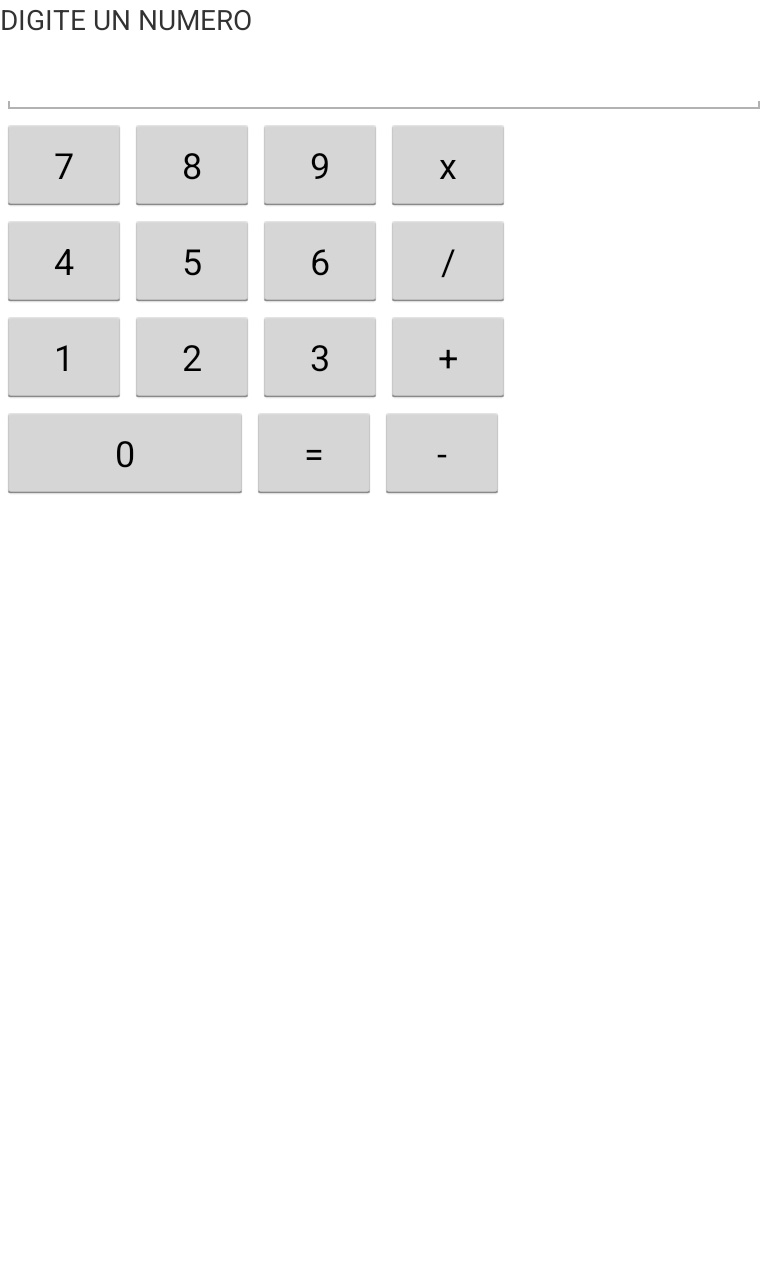
Repository: betini/Javaprojects
Layout: calculadora/res/layout/activity_main.xml
The author's editor kept a copy of each file at every save. The layout is drawn from the files as they stood at one save, then again after the next save.
It is drawn on a 768 x 1280 px phone screen (xhdpi) without system bars, with theme AppTheme; the app's code is not run.

Above is the layout before, as saved 2013-08-23 00:48:12.

After the next save:
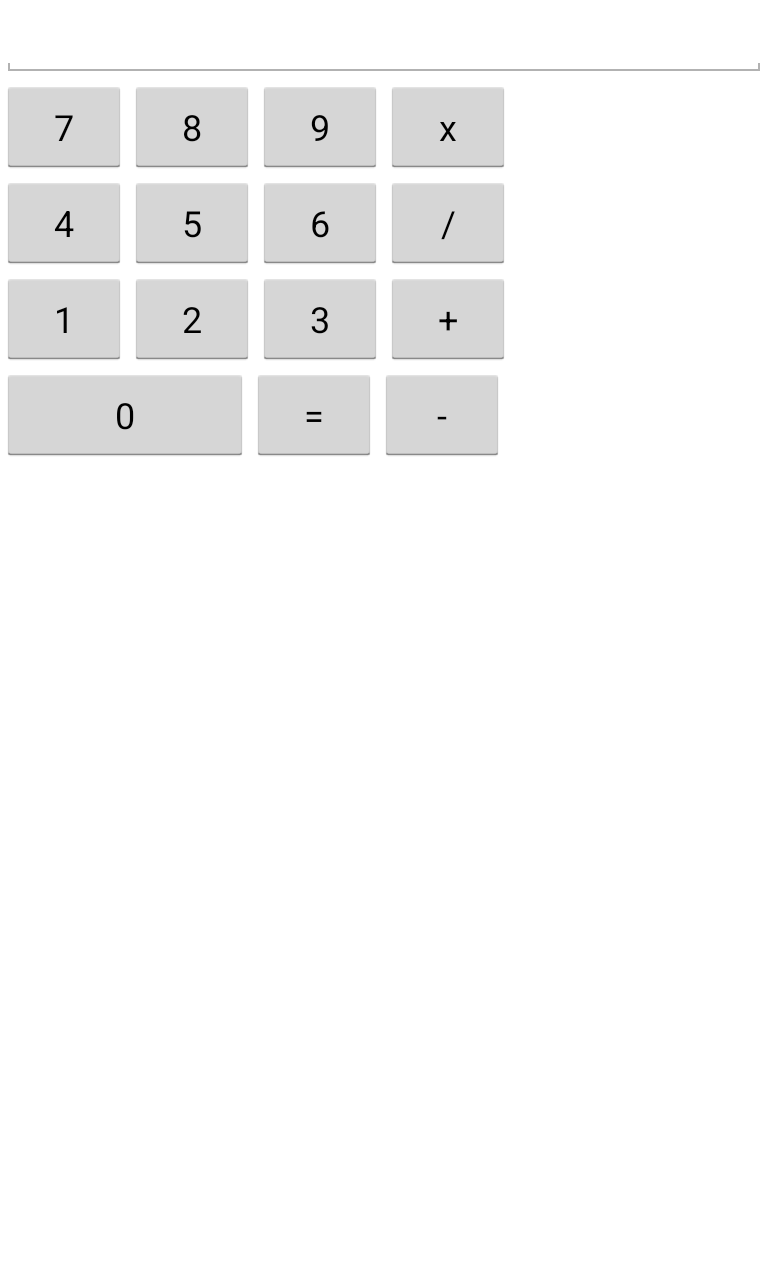
Saved 27 min 27 s later.
--- a/calculadora/res/layout/activity_main.xml
+++ b/calculadora/res/layout/activity_main.xml
@@ -3,12 +3,6 @@
     android:layout_height="wrap_content"
     xmlns:android="http://schemas.android.com/apk/res/android"
     android:orientation="vertical">
-
-    <TextView
-        android:id="@+id/aviso"
-        android:layout_width="wrap_content"
-        android:layout_height="wrap_content"
-        android:text="DIGITE UN NUMERO" />
 
     <EditText
         android:id="@+id/dato1"
